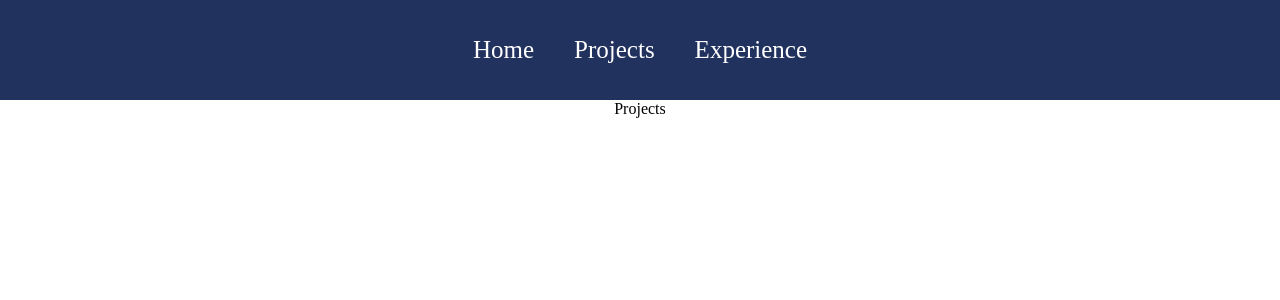
Repository: mireu-san/jw-personal-page
Page: /projects
The author's editor kept a copy of each file at every save. The page is drawn from the files as they stood at one save, then again after the next save.
The browser window is 1280 px wide. The pictures show the whole page.
The project was rebuilt for these pictures with package versions that can differ from the ones it lists, and the page was loaded fresh each time. Also part of the build but not shown: src/pages/Home.js, src/pages/Experience.js.

Above is the page before, as saved 2022-11-09 16:55:35.

After the next save:
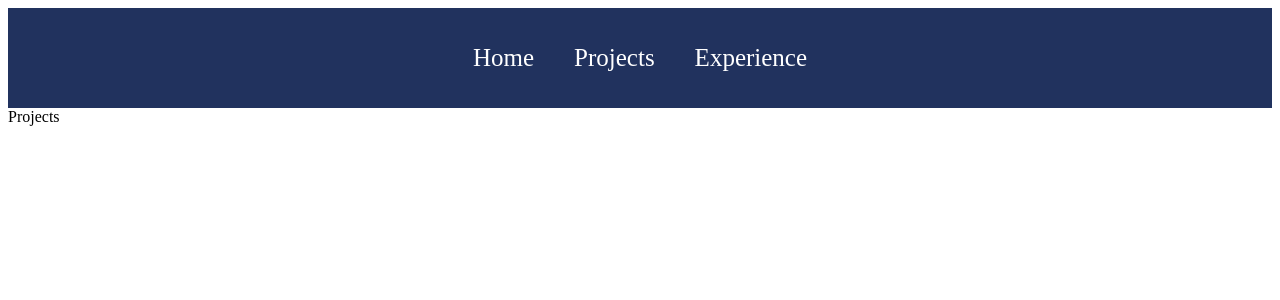
Saved 4 min 58 s later.
--- a/src/App.css
+++ b/src/App.css
@@ -1,12 +1,12 @@
 /* recommended default setting */
-.App {
+/* .App {
   text-align: center;
 }
 
 body {
   padding: 0;
   margin: 0;
-}
+} */
 
 
 /* end of recommended default setting */
